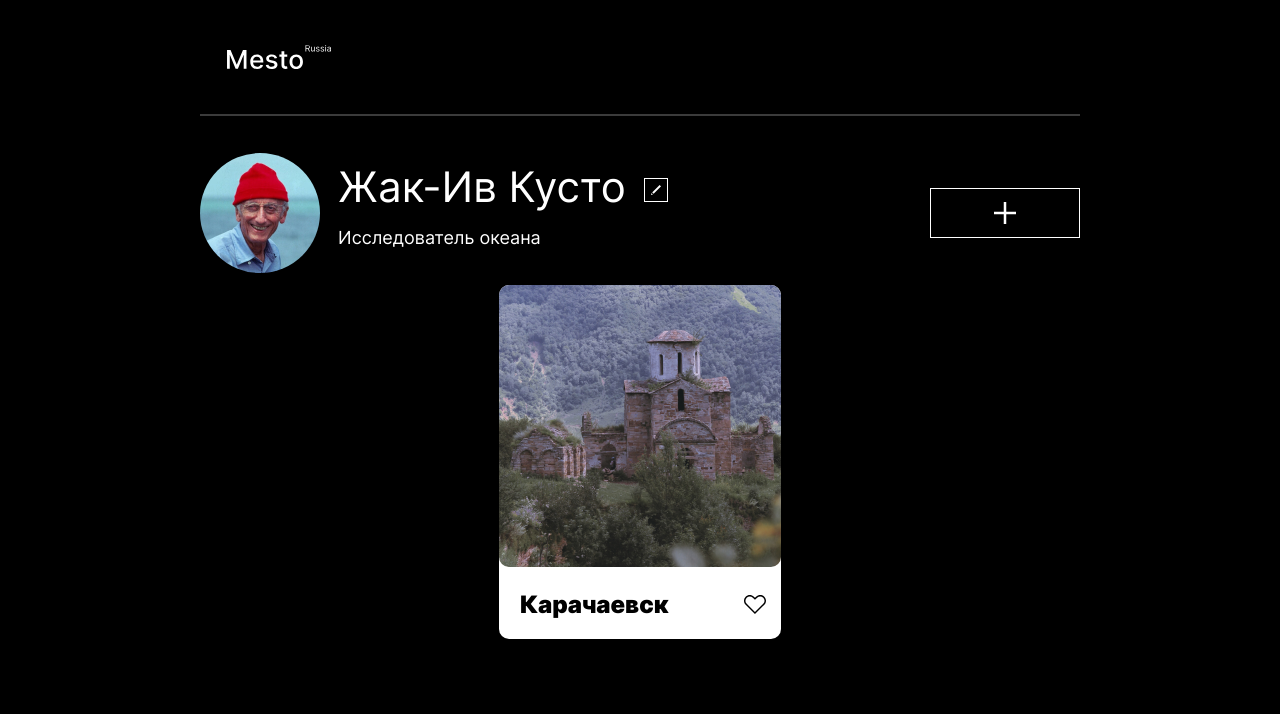
Repository: dyond/mesto
Page: index.html
An editor plug-in stored every save of this project. The page is shown before and after a run of saves, followed by the edit.
The browser window is 1280 px wide. The pictures show the whole page.

Above is the page before, as saved 2022-11-28 19:36:59.

### index.html
<!DOCTYPE html>
<html lang="ru">
<head>
  <meta charset="UTF-8">
  <meta http-equiv="X-UA-Compatible" content="IE=edge">
  <meta name="viewport" content="width=device-width, initial-scale=1.0">
  <link rel="stylesheet" href="pages/index.css">
  <title>Mesto</title>
</head>
<body class="root">
  <div class="page">
    <header class="header">
      <img src="images/logo.svg" alt="" class="header__logo">
      <hr class="header__line">
    </header>
    <main>
      <section class="profile">
        <img src="images/avatar.jpg" alt="" class="profile__avatar">
        <div class="profile__info">
          <div class="profile__info-group">
            <h1 class="profile__info-title">Жак-Ив Кусто</h1>
            <button class="profile__info-button profile__info-button__edit">
              <img src="images/Vector.png" alt="">
            </button>
          </div>
          <p class="profile__info-subtitle">Исследователь океана</p>

        </div>
        <button class="profile__info-button profile__info-button__add">
          <img src="images/Vector_2.png" alt="">
        </button>
      </section>
      <section class="cards">
        <div class="card">
          <img src="images/kirill-pershin-1088404-unsplash.jpg" alt="" class="card__image">
          <div class="card__group">
            <h2 class="card__title">Карачаевск</h2>
            <button class="card__button">
              <img src="images/vector_3.svg" alt="">
            </button>
          </div>
        </div>
      </section>
    </main>
  </div>
</body>
</html>

### pages/index.css
/* NORMALIZE */
@import url(../vendor/normalize.css);

/* ROOT */
@import url(../blocks/root/root.css);

/* PAGE */
@import url(../blocks/page/page.css);

/* FONTS */
@import url(../vendor/fonts/fonts.css);

/* HEADER */
@import url(../blocks/header/header.css);
@import url(../blocks/header/__logo/header__logo.css);
@import url(../blocks/header/__line/header__line.css);

/* PROFILE */
@import url(../blocks/profile/profile.css);
@import url(../blocks/profile/__avatar/profile__avatar.css);
@import url(../blocks/profile/__info-button/profile__info-button.css);
@import url(../blocks/profile/__info/profile__info.css);
@import url(../blocks/profile/__info-group/profile__info-group.css);
@import url(../blocks/profile/__info-title/profile__info-title.css);
@import url(../blocks/profile/__info-subtitle/profile__info-subtitle.css  );
@import url(../blocks/profile/__info-button/__edit/profile__info-button__edit.css);
@import url(../blocks/profile/__info-button/__add/profile__info-button__add.css);

/* CARDS */
@import url(../blocks/cards/cards.css);
@import url(../blocks/cards/card/card.css);
@import url(../blocks/cards/card/__title/card__title.css);
@import url(../blocks/cards/card/__button/card__button.css);
@import url(../blocks/cards/card/__group/card__group.css);
@import url(../blocks/cards/card/__image/card__image.css);

### blocks/root/root.css
.root{
  background: #000000;
}

### blocks/page/page.css
.page{
  font-family: 'Inter', Arial, sans-serif;
  max-width: 880px;
  margin: 0 auto;
}

### vendor/fonts/fonts.css
@font-face {
  font-family: "Inter";
  src: local("Inter"),
    url("./Inter-Regular.woff2") format("woff2"),
    url("./Inter-Regular.woff") format("woff");
  font-weight: 400;
}

@font-face {
  font-family: "Inter";
  src: local("Inter"),
    url("./Inter-Bold.woff2") format("woff2"),
    url("./Inter-Bold.woff") format("woff");
  font-weight: 700;
}

@font-face {
  font-family: "Inter";
  src: local("Inter"),
    url("./Inter-Black.woff2") format("woff2"),
    url("./Inter-Black.woff") format("woff");
  font-weight: 900;
}

### blocks/header/header.css
.header {
  margin: 28px 0 42px;
  height: 56px;
}

@media screen and (min-width: 880px) {
  .header {
      margin: 45px 0 40px;
  }
}

### blocks/header/__logo/header__logo.css
.header__logo{
  width: 104px;
  margin-bottom: 32px;
  margin-left: 27px;
}

@media screen and (min-width: 880px) {
  .header__logo {
    margin-bottom: 41px;
  }
}

### blocks/header/__line/header__line.css
.header__line{
  margin: 0;
  opacity: 0.7;
  border: 1px solid #545454;
  background-color: #545454;
}

### blocks/profile/profile.css
.profile{
  font-size: 0px;
  display: flex;
  flex-direction: column;
  align-items: center;
  flex-wrap: wrap;
  justify-content: space-between;
}

@media screen and (min-width: 880px){
  .profile{
    flex-direction: row;

  }
}

### blocks/profile/__avatar/profile__avatar.css
.profile__avatar{
  border-radius: 50%;
  max-width: 120px;
}

### blocks/profile/__info-button/profile__info-button.css
.profile__info-button:hover{
  cursor: pointer;
  opacity: 0.6;
}

### blocks/profile/__info/profile__info.css
.profile__info{
  color: #fff;
}

### blocks/profile/__info-group/profile__info-group.css
.profile__info-group {
  display: flex;
  align-items: center;
  margin-left: 25px;
}

@media screen and (min-width: 880px) {
  .profile__info-group {
    margin-left: 0;
  }
}

### blocks/profile/__info-title/profile__info-title.css
.profile__info-title{
  margin: 0 auto;
  font-weight: 500;
  font-size: 27px;
  line-height: 33px;
  text-align: center;
  margin-top: 26px;
  margin-bottom: 14px;
}

@media screen and (min-width: 880px) {
  .profile__info-title {
    margin-top: 22px;
    margin-bottom: 16px;
    font-size: 42px;
    line-height: 48px;
  }
}

### blocks/profile/__info-subtitle/profile__info-subtitle.css
.profile__info-subtitle{
  margin: 0;
  font-weight: 400;
  font-size: 14px;
  text-align: center;
  line-height: 17px;
  margin-bottom: 36px;
}

@media screen and (min-width: 880px) {
  .profile__info-subtitle {
    font-size: 18px;
    line-height: 22px;
    text-align: start;
  }
}

### blocks/profile/__info-button/__edit/profile__info-button__edit.css
.profile__info-button__edit{
  padding: 0;
  height: 18px;
  width: 18px;
  background: transparent;
  border: 1px solid #fff;
  margin-left: 10px;
  margin-top: 12px;
}

@media screen and (min-width: 880px) {
  .profile__info-button__edit {
    height: 24px;
    width: 24px;
    margin-top: 12px;
    margin-left: 18px;
  }
}

### blocks/profile/__info-button/__add/profile__info-button__add.css
.profile__info-button__add{
  padding: 0;
  width: 282px;
  height: 50px;
  background: transparent;
  border: 1px solid #fff;
}

@media screen and (min-width: 880px) {
  .profile__info-button__add {
    margin-left: 244px;
    width: 150px;
  }
}

### blocks/cards/card/card.css
.card{
  margin: 0 auto;
  max-width: 282px;
  border-radius: 10px;
  background-color: #fff;
  text-align: center;
}

### blocks/cards/card/__title/card__title.css
.card__title{
  font-weight: 900;
  font-size: 24px;
  line-height: 29px;
}

### blocks/cards/card/__button/card__button.css
.card__button{
  padding: 0;
  font-size: 0;
  background: transparent;
  border: none;
  color: #fff;
}

.card__button:hover{
  cursor: pointer;
  opacity: 0.6;
}

### blocks/cards/card/__group/card__group.css
.card__group{
  display: flex;
  justify-content: space-between;
  margin: 0px 15px 0px 21px;
}

### blocks/cards/card/__image/card__image.css
.card__image{
  max-width: 282px;
  border-radius: 10px;
}

Loaded but not shown: vendor/normalize.css (library); blocks/cards/cards.css (no copy from this time; the picture is the same without it)

After the next 3 saves:
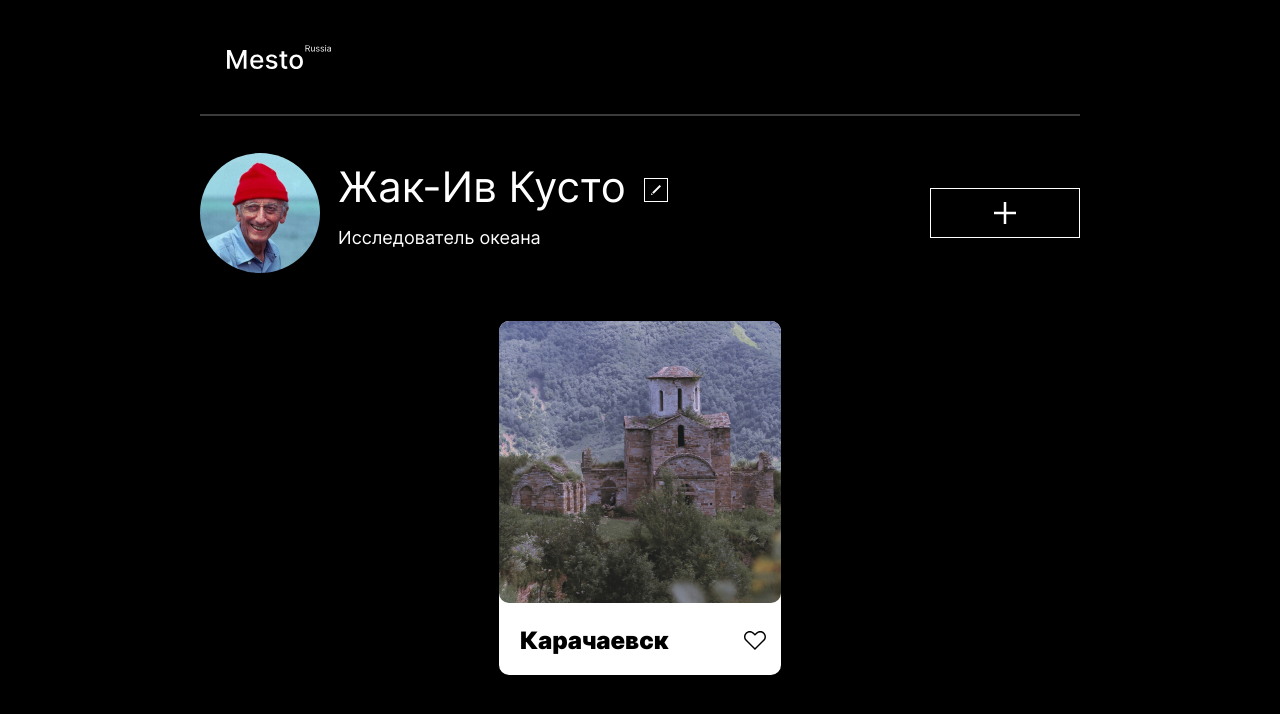
The 3 saves are shown as one change because they came seconds apart.
The last was saved 30 s later.
--- a/blocks/profile/profile.css
+++ b/blocks/profile/profile.css
@@ -5,6 +5,7 @@
   align-items: center;
   flex-wrap: wrap;
   justify-content: space-between;
+  margin-bottom: 36px;
 }
 
 @media screen and (min-width: 880px){
